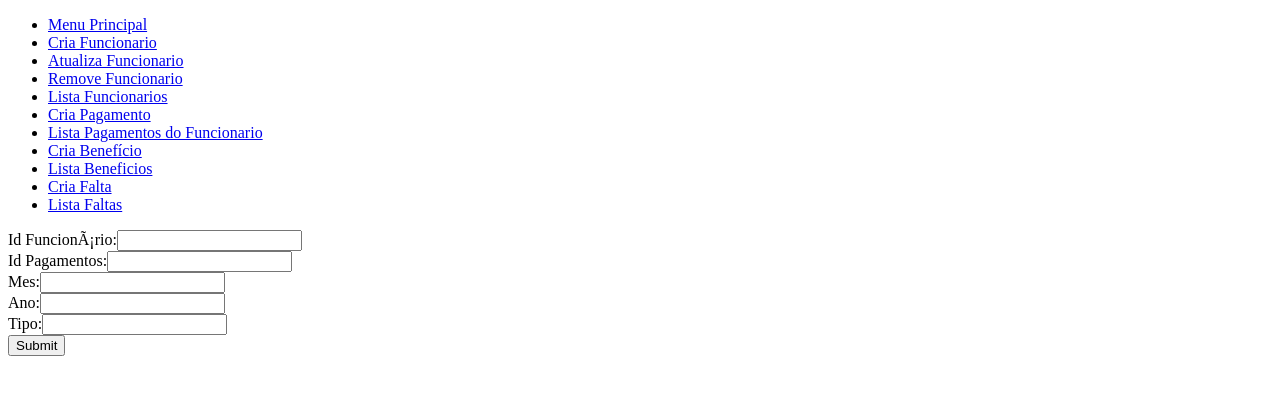
Repository: engcarlosrosa/big_data_proj
Page: rhcontroller/WebContent/cria_pagamentos.html
An editor plug-in stored every save of this project. The page is shown before and after the next save, followed by the edit.
The browser window is 1280 px wide. The pictures show the whole page.

Above is the page before, as saved 2018-09-19 14:48:52.

After the next save:
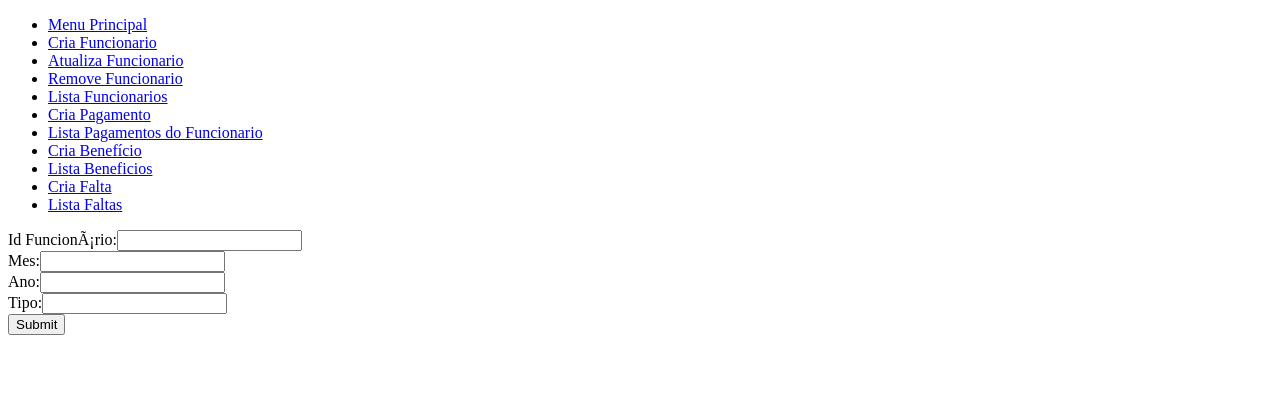
Saved 12 min 26 s later.
--- a/rhcontroller/WebContent/cria_pagamentos.html
+++ b/rhcontroller/WebContent/cria_pagamentos.html
@@ -22,8 +22,6 @@
 <form action="ServiceAdicionaPagamentos" method="post">
     Id FuncionÃ¡rio:<input name="id_funcionario" type="text" >
     <br>
-    Id Pagamentos:<input name="id_pagamento" type="text" >
-    <br>
     Mes:<input name="mes" type="text" >
     <br>
     Ano:<input name="ano" type="text" >
